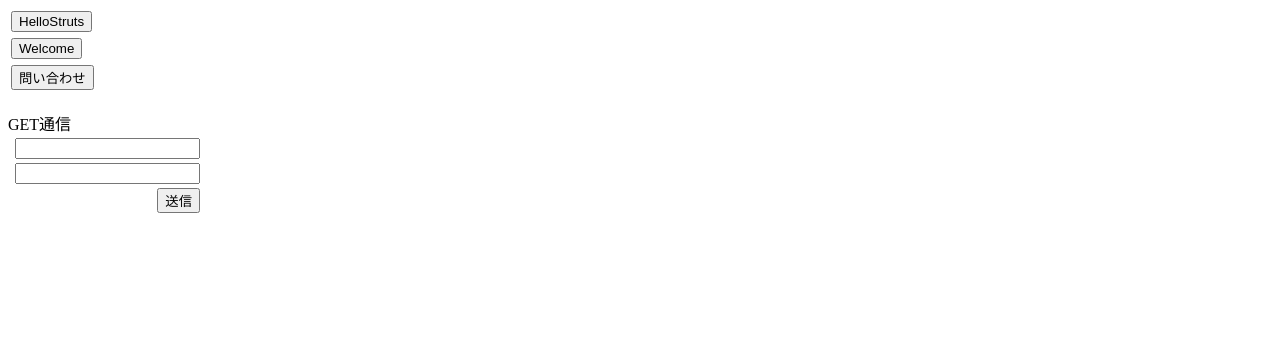
Repository: yusuke413/practice
Page: http://localhost/WebProj/
These files come from the project's save history. The page is drawn as it stood at one moment and after the next save; the edit follows.
The browser window is 1280 px wide. The pictures show the whole page.
The page is served by Tomcat 9.

Above is the page before, as saved 2018-12-09 11:51:10.

After the next save:
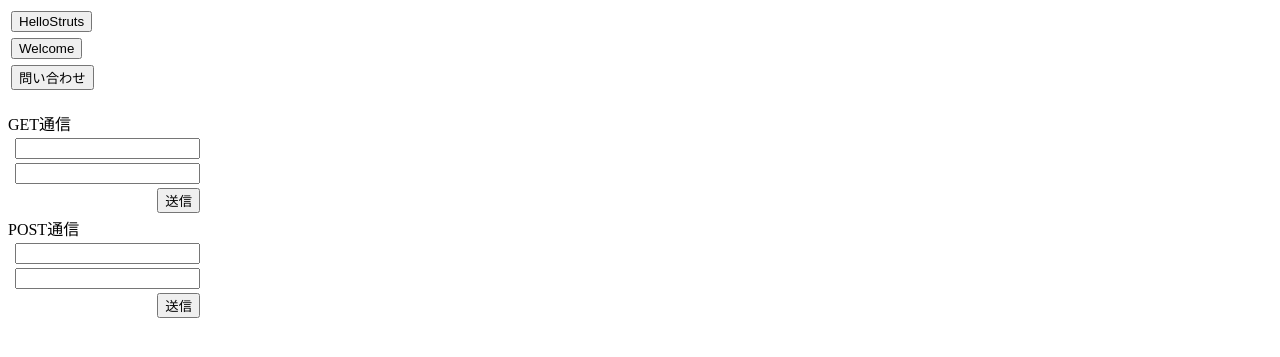
Saved 114 s later.
--- a/WebProj/WebContent/index.jsp
+++ b/WebProj/WebContent/index.jsp
@@ -48,6 +48,18 @@
 
     </s:form>
 
+    POST通信
+
+    <s:form method="post" action="TestAction">
+
+        <s:textfield name="username"/>
+
+        <s:password name="password"/>
+
+        <s:submit value="送信"/>
+
+    </s:form>
+
 </body>
 
 </html>
